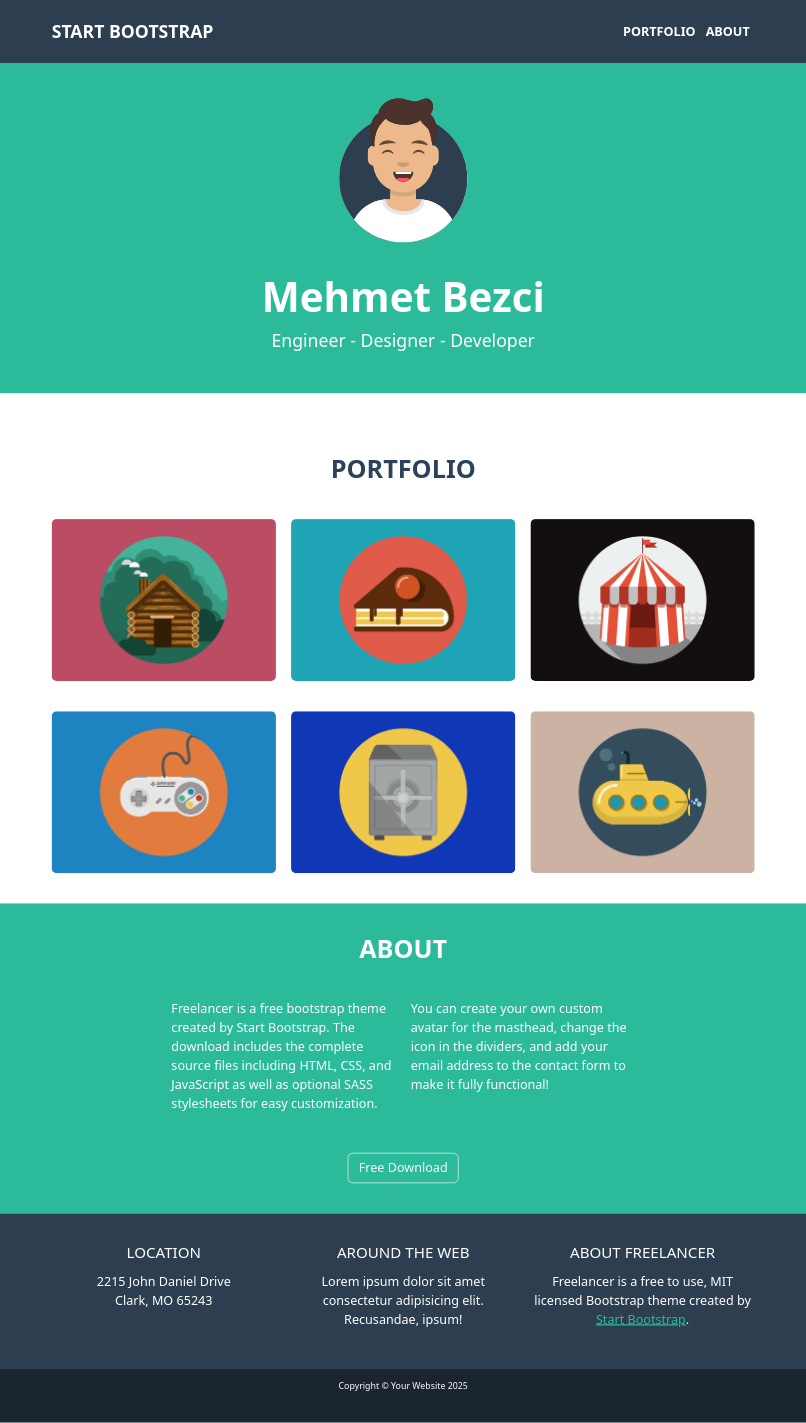
Repository: 7JaxeN7/WT-1255P-Mehmet_BEZC-
Page: index.html
These files come from the project's save history. The page is drawn as it stood at one moment and after the next save; the edit follows.
The browser window is 1280 px wide. The pictures show the whole page, at 63% of full size.

Above is the page before, as saved 2025-01-07 01:04:05.

### index.html
<!DOCTYPE html>
<html lang="tr">

<head>
  <meta charset="UTF-8">
  <meta name="viewport" content="width=device-width, initial-scale=1.0">
  <link rel="stylesheet" href="style.css">
  <link href="https://cdn.jsdelivr.net/npm/bootstrap@5.3.3/dist/css/bootstrap.min.css" rel="stylesheet"
    integrity="sha384-QWTKZyjpPEjISv5WaRU9OFeRpok6YctnYmDr5pNlyT2bRjXh0JMhjY6hW+ALEwIH" crossorigin="anonymous">
  <title>Start Bootstrap</title>
</head>

<body>
  <!-- Navbar -->
  <header>
    <nav class="navbar navbar-expand-lg navbar-bg">
      <div class="container pt-3 pb-3">
        <a class="navbar-brand text-white fw-bolder fs-3" href="#">START BOOTSTRAP</a>
        <button class="navbar-toggler" type="button" data-bs-toggle="collapse" data-bs-target="#navbarNav"
          aria-controls="navbarNav" aria-expanded="false" aria-label="Toggle navigation">
          <span class="navbar-toggler-icon"></span>
        </button>
        <div class="collapse navbar-collapse" id="navbarNav">
          <ul class="navbar-nav ms-auto">
            <li class="nav-item">
              <a class="nav-link text-white fw-bolder fs-5" href="#portfolio">PORTFOLIO</a>
            </li>
            <li class="nav-item">
              <a class="nav-link text-white fw-bolder fs-5" href="#about">ABOUT</a>
            </li>
          </ul>
        </div>
      </div>
    </nav>
  </header>
  <!-- Herosection -->
  <div class="herosection-bg pt-5 pb-5">
    <div class="container text-center">
      <img src="/assets/img/avataaars.svg" width="20%" />
      <h1 class="mt-5 text-white fw-bolder display-3">Mehmet Bezci</h1>
      <p class="text-white fs-3">Engineer - Designer - Developer</p>
    </div>
  </div>
  <!-- Portfolio -->
  <div class="portfolio-section" id="portfolio">
    <h2 class="text-center mt-5 pt-5 pb-5 fs-1 fw-semibold portfolio-tittle">PORTFOLIO</h2>
    <div class="container">
      <div class="row">
        <div class="col-12 col-md-6 col-lg-4 mb-5">
          <img src="/assets/img/cabin.png" class="img-fluid rounded-3">
        </div>
        <div class="col-12 col-md-6 col-lg-4 mb-5">
          <img src="/assets/img/cake.png" class="img-fluid rounded-3">
        </div>
        <div class="col-12 col-md-6 col-lg-4 mb-5">
          <img src="/assets/img/circus.png" class="img-fluid rounded-3">
        </div>
        <div class="col-12 col-md-6 col-lg-4 mb-5">
          <img src="/assets/img/game.png" class="img-fluid rounded-3">
        </div>
        <div class="col-12 col-md-6 col-lg-4 mb-5">
          <img src="/assets/img/safe.png" class="img-fluid rounded-3">
        </div>
        <div class="col-12 col-md-6 col-lg-4 mb-5">
          <img src="/assets/img/submarine.png" class="img-fluid rounded-3">
        </div>
      </div>
    </div>
  </div>
  <!-- About -->
  <div class="about-section" id="about">
    <div class="container">
      <h2 class="about-tittle fs-1 fw-semibold text-center pt-5 pb-5"> ABOUT</h2>
      <div class="row justify-content-center">
        <div class="col-lg-4 fs-5 text-white">
          <p>
            Freelancer is a free bootstrap theme created by Start Bootstrap. The download includes the complete source
            files including HTML, CSS, and JavaScript as well as optional SASS stylesheets for easy customization.
          </p>
        </div>
        <div class="col-lg-4 fs-5 text-white">
          <p>
            You can create your own custom avatar for the masthead, change the icon in the dividers, and add your email
            address to the contact form to make it fully functional!
          </p>
        </div>
      </div>
      <div class="d-flex justify-content-center">
        <button class="mt-5 mb-5 btn btn-outline-light btn-lg">Free Download</button>
      </div>
    </div>
  </div>
  <!-- Footer -->
  <footer>
    <div class="footer-section pt-5 pb-5">
      <div class="container">
        <div class="row">
          <div class="col-lg-4 text-center px-3">
            <h5 class="fs-4 text-white mb-3">LOCATION</h5>
            <p class="text-white fs-5 px-5">
              2215 John Daniel Drive Clark, MO 65243
            </p>
          </div>
          <div class="col-lg-4 text-center px-3">
            <h5 class="fs-4 text-white mb-3 text-uppercase">Around the Web</h5>
            <p class="text-white fs-5">
              Lorem ipsum dolor sit amet consectetur adipisicing elit. Recusandae, ipsum!
            </p>
          </div>
          <div class="col-lg-4 text-center px-3">
            <h5 class="fs-4 text-white mb-3 text-uppercase">About Freelancer</h5>
            <p class="text-white fs-5">
              Freelancer is a free to use, MIT licensed Bootstrap theme created by <a class="footer-link" href="/"> Start Bootstrap</a>.
            </p>
          </div>
        </div>
      </div>
    </div>
  </footer>
  <div class="copyright-section copyright-bg py-3 pb-5 text-white text-center small">
    Copyright &#169; Your Website 2025
  </div>
  <!-- Burası bootstrap script kısmı -->
  <script src="https://cdn.jsdelivr.net/npm/bootstrap@5.3.3/dist/js/bootstrap.bundle.min.js"
    integrity="sha384-YvpcrYf0tY3lHB60NNkmXc5s9fDVZLESaAA55NDzOxhy9GkcIdslK1eN7N6jIeHz"
    crossorigin="anonymous"></script>
</body>

</html>

### style.css
.navbar-bg {
  background-color: #2d3e50 !important;
}
.herosection-bg{
    background-color: #2bbb9b ;
}
.portfolio-tittle{
    color: #2c425a;
}
.about-section{
    background-color: #2bbb9b ;
}
.about-tittle{
    color: #ffffff;
}
.footer-section{
    background-color: #2d3e50;
}
.footer-link{
    color: #2bbb9b ;
}
a.footer-link:hover{
    color: #1a7971 ;
}
a.nav-link:hover{
    color:#2bbb9b !important;
}
.copyright-bg{
    background-color: #1b252f;
}

After the next save:
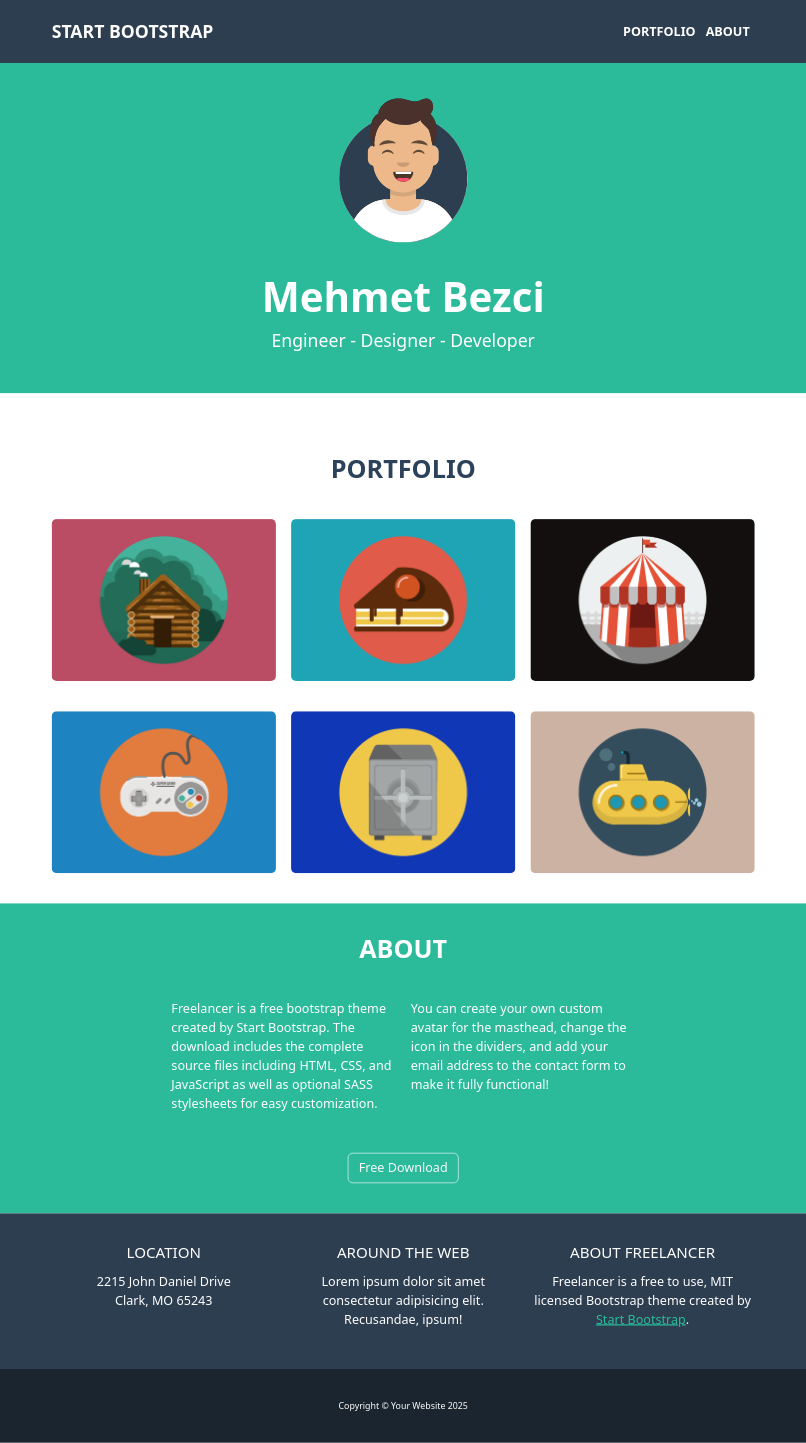
Saved 5 s later.
--- a/index.html
+++ b/index.html
@@ -117,7 +117,7 @@
       </div>
     </div>
   </footer>
-  <div class="copyright-section copyright-bg py-3 pb-5 text-white text-center small">
+  <div class="copyright-section copyright-bg py-5 pb-5 text-white text-center small">
     Copyright &#169; Your Website 2025
   </div>
   <!-- Burası bootstrap script kısmı -->
